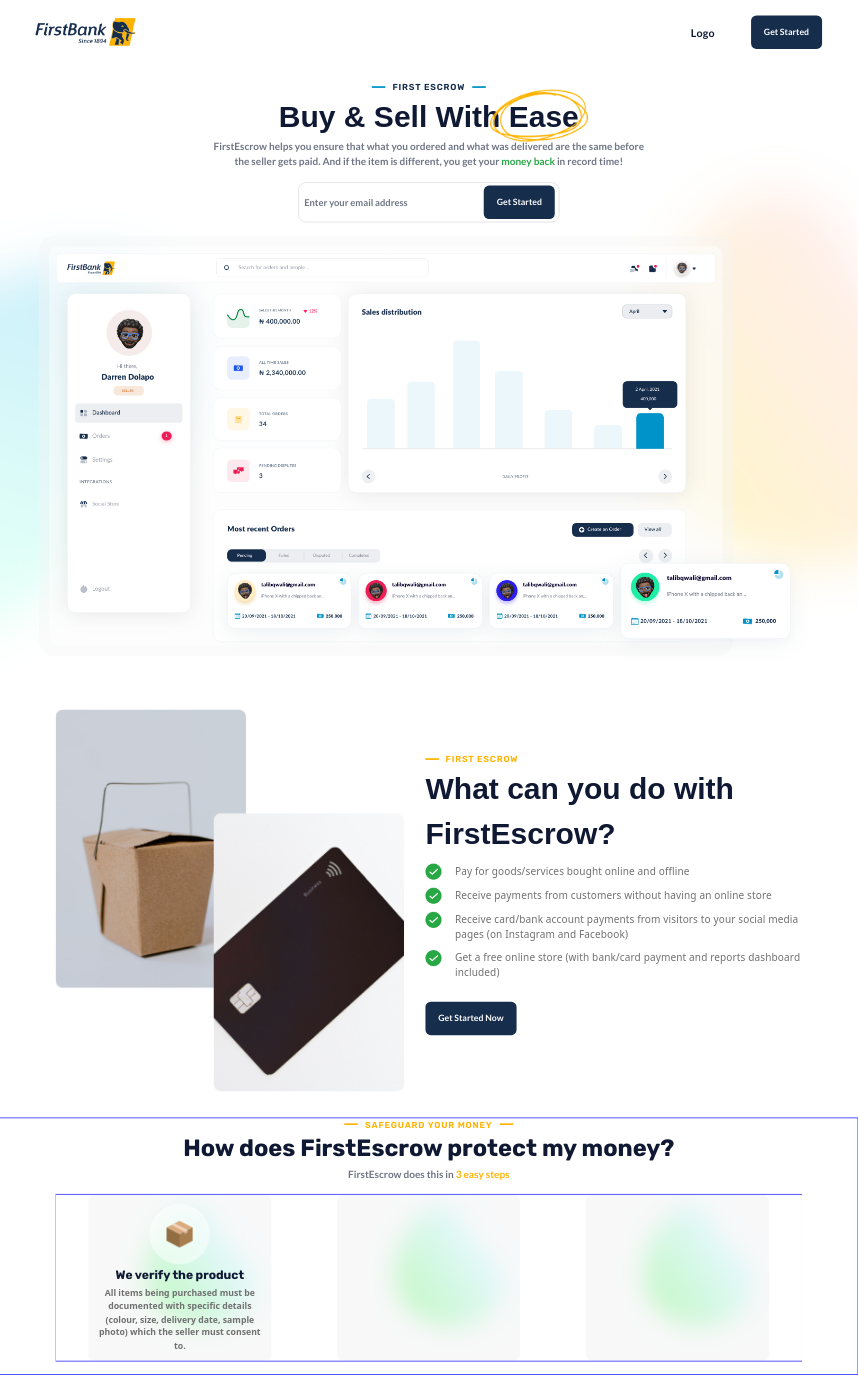
Repository: Pepperest-dev/First_Escrow_Home
Page: index.html
The author's editor kept a copy of each file at every save. The page is drawn from the files as they stood at one save, then again after the next save.
The browser window is 1280 px wide. The pictures show the whole page, at 67% of full size.

Above is the page before, as saved 2021-09-26 12:08:47.

After the next save:
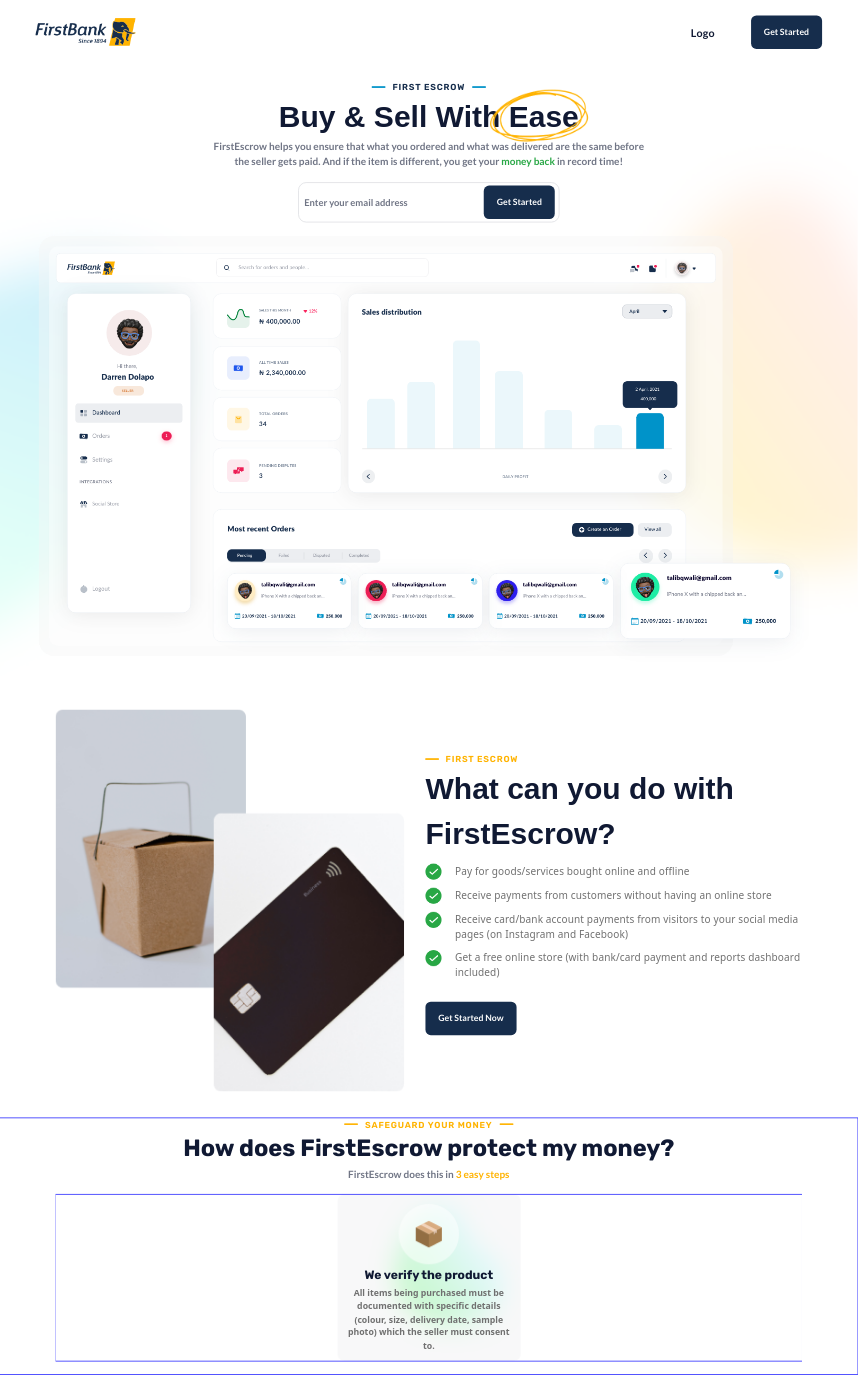
Saved 14 s later.
--- a/index.html
+++ b/index.html
@@ -204,8 +204,6 @@
               consent to.
             </p>
           </div>
-          <div class="box"></div>
-          <div class="box"></div>
         </div>
       </section>
     </div>
